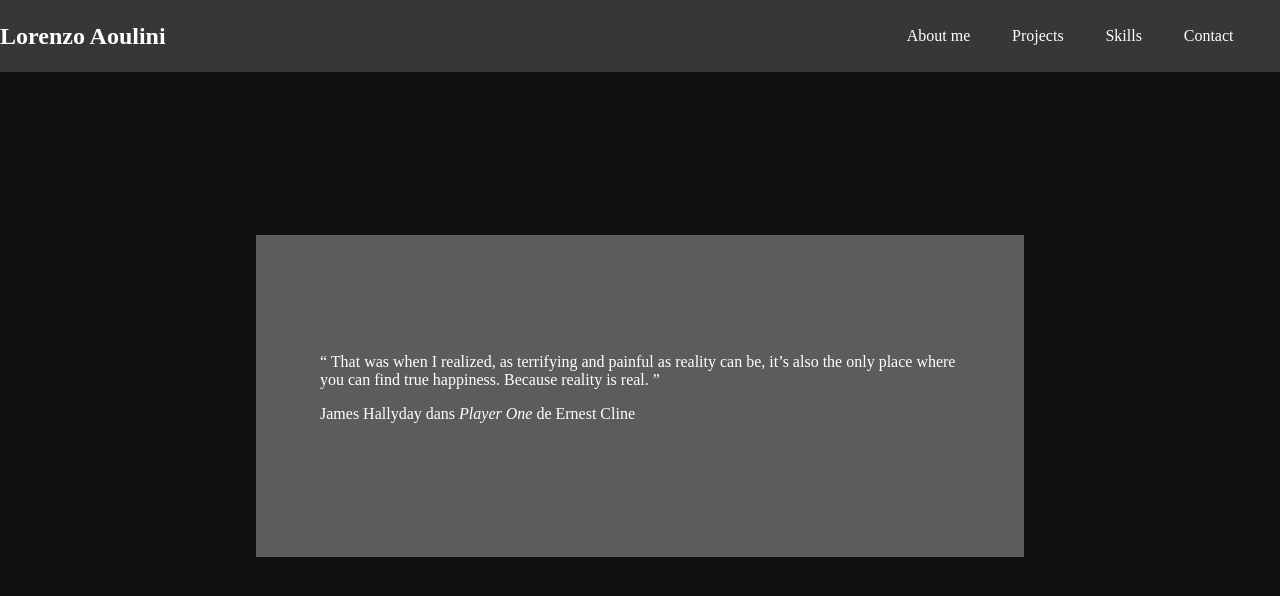
Repository: lolo298/lolo298.github.io
Page: index.html
An editor plug-in stored every save of this project. The page is shown before and after the next save, followed by the edit.
The browser window is 1280 px wide. The pictures show the whole page.

Above is the page before, as saved 2022-05-10 13:37:39.

After the next save:
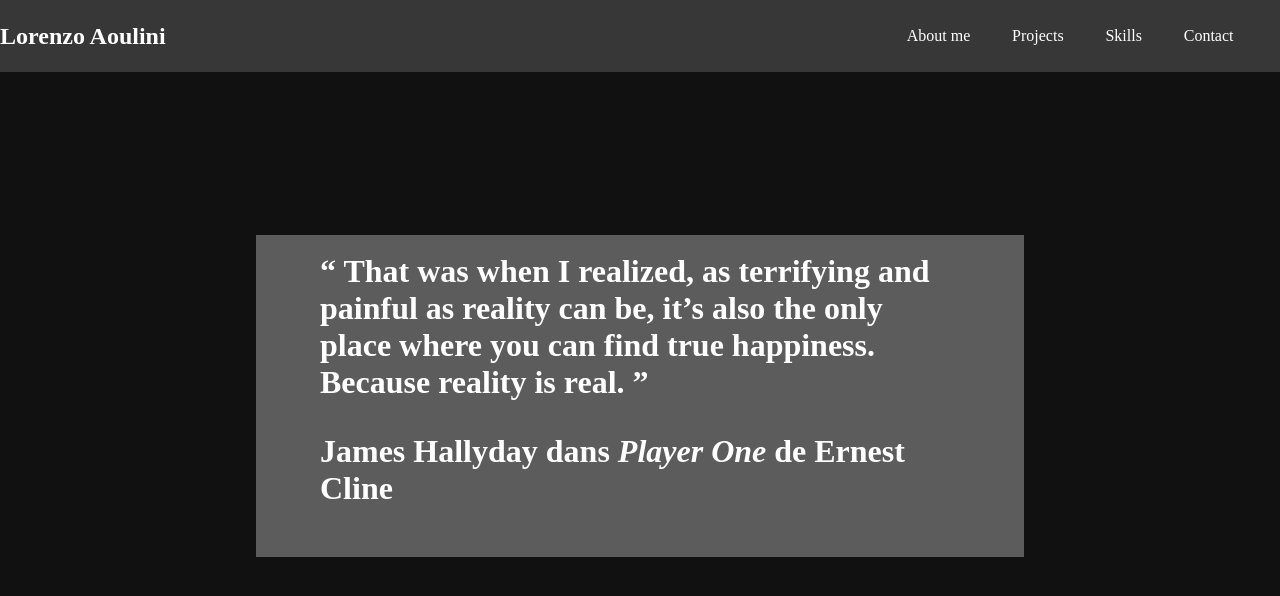
Saved 36 min 4 s later.
--- a/css/style.css
+++ b/css/style.css
@@ -84,4 +84,12 @@
         background-color: rgba(196, 196, 196, 0.42);
     }
 
-    .quote-author {}
+    .quote-text {
+        font-size: 2em;
+        font-weight: bold;
+    }
+
+    .quote-author {
+        font-size: 1em;
+        font-weight: bold;
+    }
